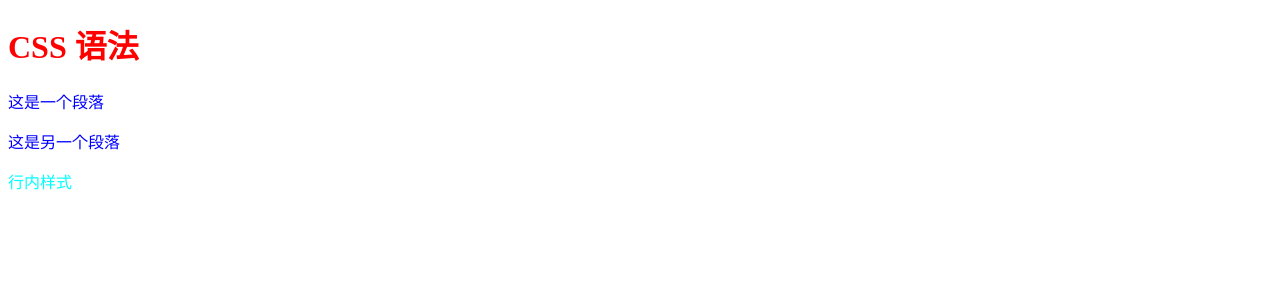
Repository: nanfengovo/CSS
Page: index_2.html
An editor plug-in stored every save of this project. The page is shown before and after the next save, followed by the edit.
The browser window is 1280 px wide. The pictures show the whole page.

Above is the page before, as saved 2024-12-31 22:32:35.
Not found: CSS/style.css

### index_2.html
<!DOCTYPE html>
<html lang="en">
<head>
    <meta charset="UTF-8">
    <meta name="viewport" content="width=device-width, initial-scale=1.0">
    <title>Document</title>
    <link rel="stylesheet" href="../CSS/style.css">
    <style>
        header {
            color: red;
        }
        p {
            color: blue;
        }
        /* #my_header p{
            color: yellow;
        } */
    </style>
</head>
<body>
    <header id="my_header">
        <h1>CSS 语法</h1>
        <p>这是一个段落</p>
    </header>
    <p>这是另一个段落</p>
    <!--
    --行内样式(Inline Styling)
    --内部样式(Internal Styling)
    --外部样式(External Styling)
    -->
    <label style="color: aqua;">行内样式</label>
</body>
</html>

After the next save:
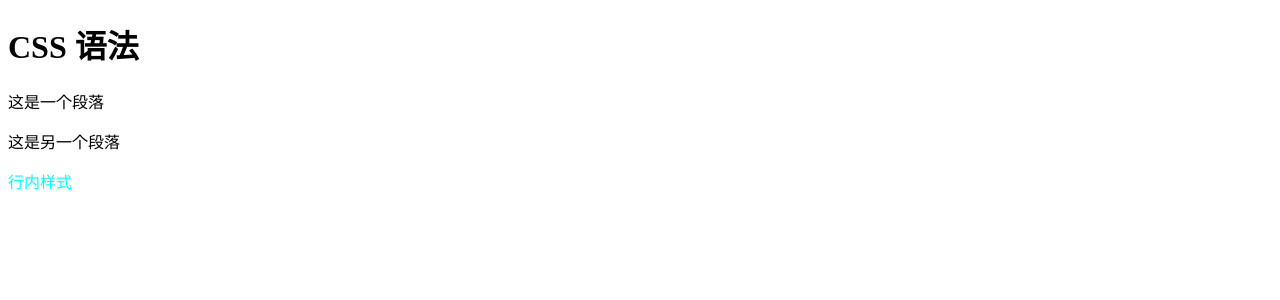
Saved 111 s later.
--- a/index_2.html
+++ b/index_2.html
@@ -6,12 +6,12 @@
     <title>Document</title>
     <link rel="stylesheet" href="../CSS/style.css">
     <style>
-        header {
+        /* header {
             color: red;
         }
         p {
             color: blue;
-        }
+        } */
         /* #my_header p{
             color: yellow;
         } */
